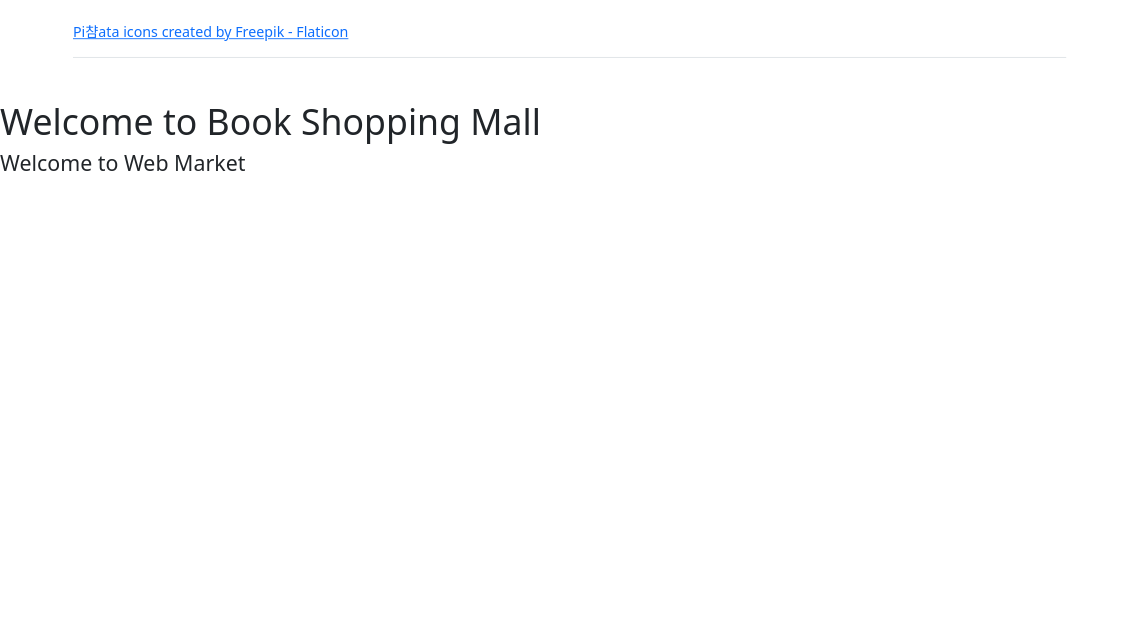
Repository: 6dreamhigh/jsp
Page: http://localhost/BookMarket/welcome.jsp
An editor plug-in stored every save of this project. The page is shown before and after the next save, followed by the edit.
The browser window is 1280 px wide. The pictures show the whole page, at 89% of full size.
The page is served by Tomcat 9.

Above is the page before, as saved 2024-08-12 06:49:54.

After the next save:
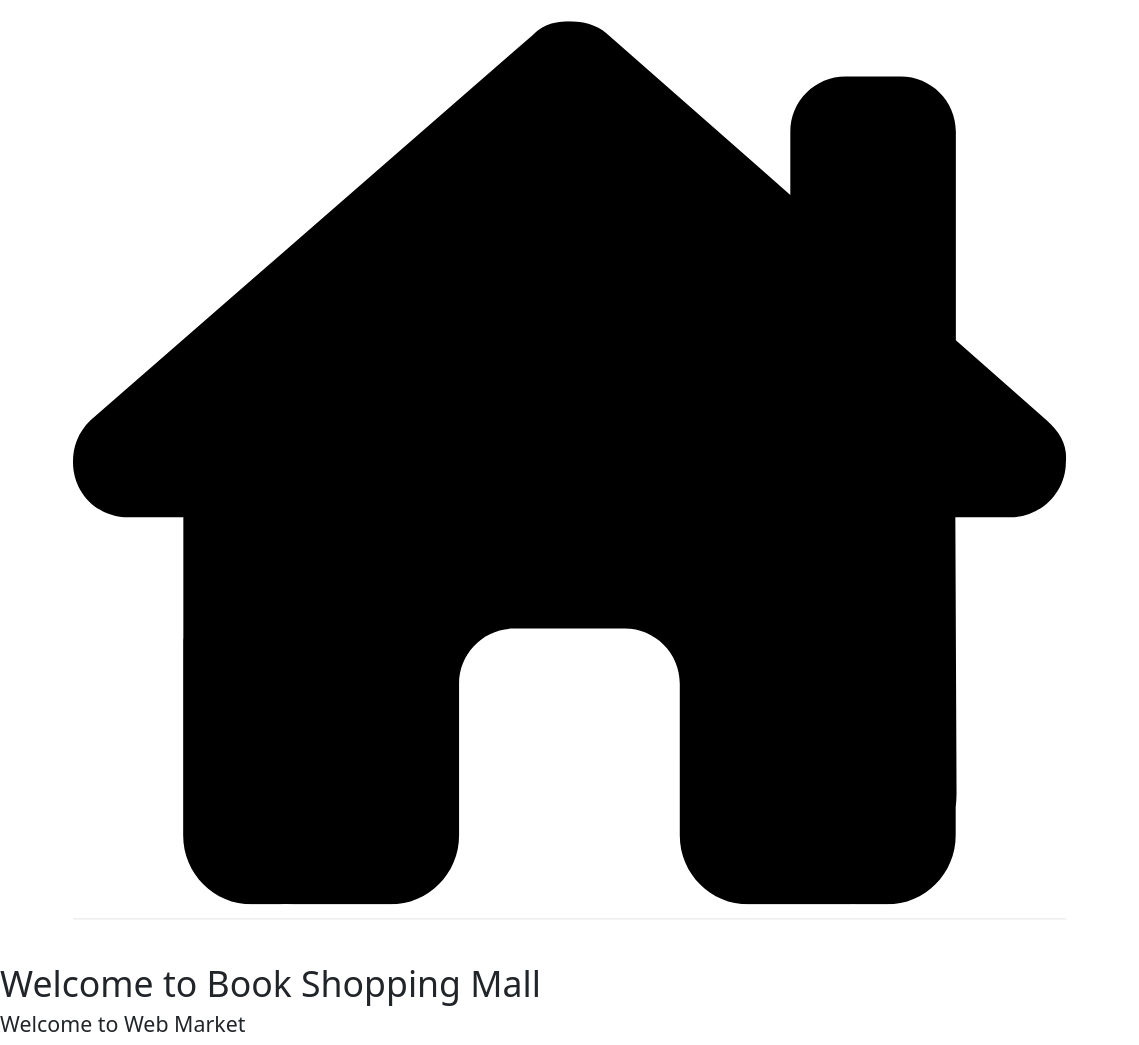
Saved 82 s later.
--- a/BookMarket/src/main/webapp/welcome.jsp
+++ b/BookMarket/src/main/webapp/welcome.jsp
@@ -12,7 +12,7 @@
 <div class ="container py-4">
 	<header class ="pb-3 mb-4 border-bottom">
 		<a href = "./welcome.jsp" class ="d-flex align-items-center text-dark text-decoration-none">
-		<a href="https://www.flaticon.com/free-icons/pinata" title="piñata icons">Piñata icons created by Freepik - Flaticon</a>
+		<svg xmlns="http://www.w3.org/2000/svg" viewBox="0 0 576 512"><!--!Font Awesome Free 6.6.0 by @fontawesome - https://fontawesome.com License - https://fontawesome.com/license/free Copyright 2024 Fonticons, Inc.--><path d="M543.8 287.6c17 0 32-14 32-32.1c1-9-3-17-11-24L512 185l0-121c0-17.7-14.3-32-32-32l-32 0c-17.7 0-32 14.3-32 32l0 36.7L309.5 7c-6-5-14-7-21-7s-15 1-22 8L10 231.5c-7 7-10 15-10 24c0 18 14 32.1 32 32.1l32 0 0 69.7c-.1 .9-.1 1.8-.1 2.8l0 112c0 22.1 17.9 40 40 40l16 0c1.2 0 2.4-.1 3.6-.2c1.5 .1 3 .2 4.5 .2l31.9 0 24 0c22.1 0 40-17.9 40-40l0-24 0-64c0-17.7 14.3-32 32-32l64 0c17.7 0 32 14.3 32 32l0 64 0 24c0 22.1 17.9 40 40 40l24 0 32.5 0c1.4 0 2.8 0 4.2-.1c1.1 .1 2.2 .1 3.3 .1l16 0c22.1 0 40-17.9 40-40l0-16.2c.3-2.6 .5-5.3 .5-8.1l-.7-160.2 32 0z"/></svg>
 		</a>
 	</header>
 

After the save that followed:
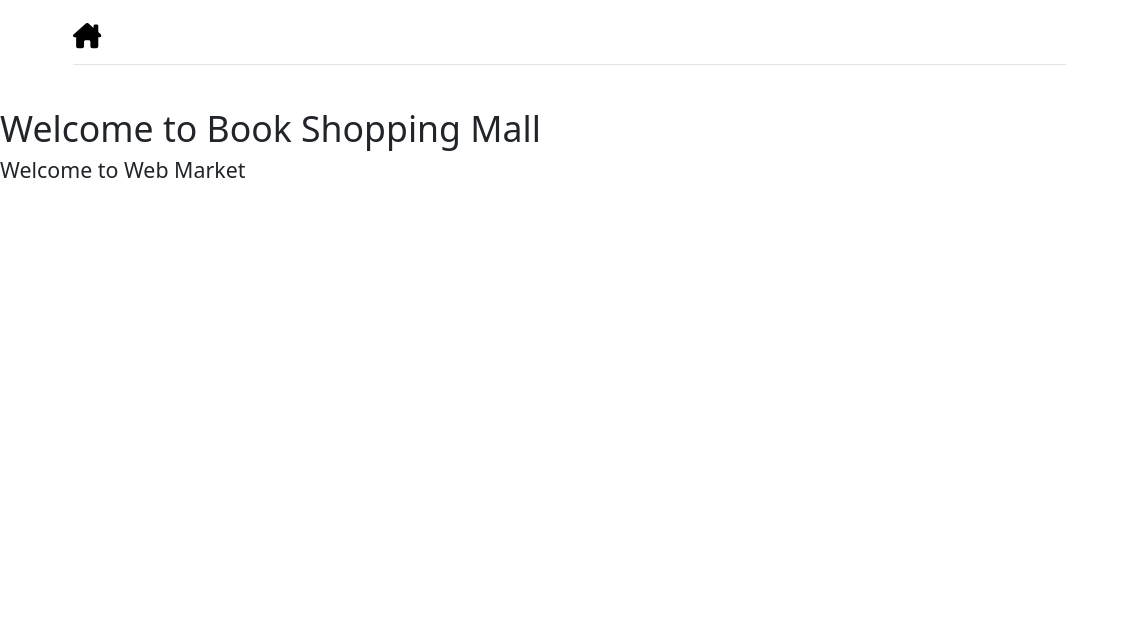
Saved 34 s later.
--- a/BookMarket/src/main/webapp/welcome.jsp
+++ b/BookMarket/src/main/webapp/welcome.jsp
@@ -12,7 +12,7 @@
 <div class ="container py-4">
 	<header class ="pb-3 mb-4 border-bottom">
 		<a href = "./welcome.jsp" class ="d-flex align-items-center text-dark text-decoration-none">
-		<svg xmlns="http://www.w3.org/2000/svg" viewBox="0 0 576 512"><!--!Font Awesome Free 6.6.0 by @fontawesome - https://fontawesome.com License - https://fontawesome.com/license/free Copyright 2024 Fonticons, Inc.--><path d="M543.8 287.6c17 0 32-14 32-32.1c1-9-3-17-11-24L512 185l0-121c0-17.7-14.3-32-32-32l-32 0c-17.7 0-32 14.3-32 32l0 36.7L309.5 7c-6-5-14-7-21-7s-15 1-22 8L10 231.5c-7 7-10 15-10 24c0 18 14 32.1 32 32.1l32 0 0 69.7c-.1 .9-.1 1.8-.1 2.8l0 112c0 22.1 17.9 40 40 40l16 0c1.2 0 2.4-.1 3.6-.2c1.5 .1 3 .2 4.5 .2l31.9 0 24 0c22.1 0 40-17.9 40-40l0-24 0-64c0-17.7 14.3-32 32-32l64 0c17.7 0 32 14.3 32 32l0 64 0 24c0 22.1 17.9 40 40 40l24 0 32.5 0c1.4 0 2.8 0 4.2-.1c1.1 .1 2.2 .1 3.3 .1l16 0c22.1 0 40-17.9 40-40l0-16.2c.3-2.6 .5-5.3 .5-8.1l-.7-160.2 32 0z"/></svg>
+		<svg width="32" height="32" xmlns="http://www.w3.org/2000/svg" viewBox="0 0 576 512"><!--!Font Awesome Free 6.6.0 by @fontawesome - https://fontawesome.com License - https://fontawesome.com/license/free Copyright 2024 Fonticons, Inc.--><path d="M543.8 287.6c17 0 32-14 32-32.1c1-9-3-17-11-24L512 185l0-121c0-17.7-14.3-32-32-32l-32 0c-17.7 0-32 14.3-32 32l0 36.7L309.5 7c-6-5-14-7-21-7s-15 1-22 8L10 231.5c-7 7-10 15-10 24c0 18 14 32.1 32 32.1l32 0 0 69.7c-.1 .9-.1 1.8-.1 2.8l0 112c0 22.1 17.9 40 40 40l16 0c1.2 0 2.4-.1 3.6-.2c1.5 .1 3 .2 4.5 .2l31.9 0 24 0c22.1 0 40-17.9 40-40l0-24 0-64c0-17.7 14.3-32 32-32l64 0c17.7 0 32 14.3 32 32l0 64 0 24c0 22.1 17.9 40 40 40l24 0 32.5 0c1.4 0 2.8 0 4.2-.1c1.1 .1 2.2 .1 3.3 .1l16 0c22.1 0 40-17.9 40-40l0-16.2c.3-2.6 .5-5.3 .5-8.1l-.7-160.2 32 0z"/></svg>
 		</a>
 	</header>
 
